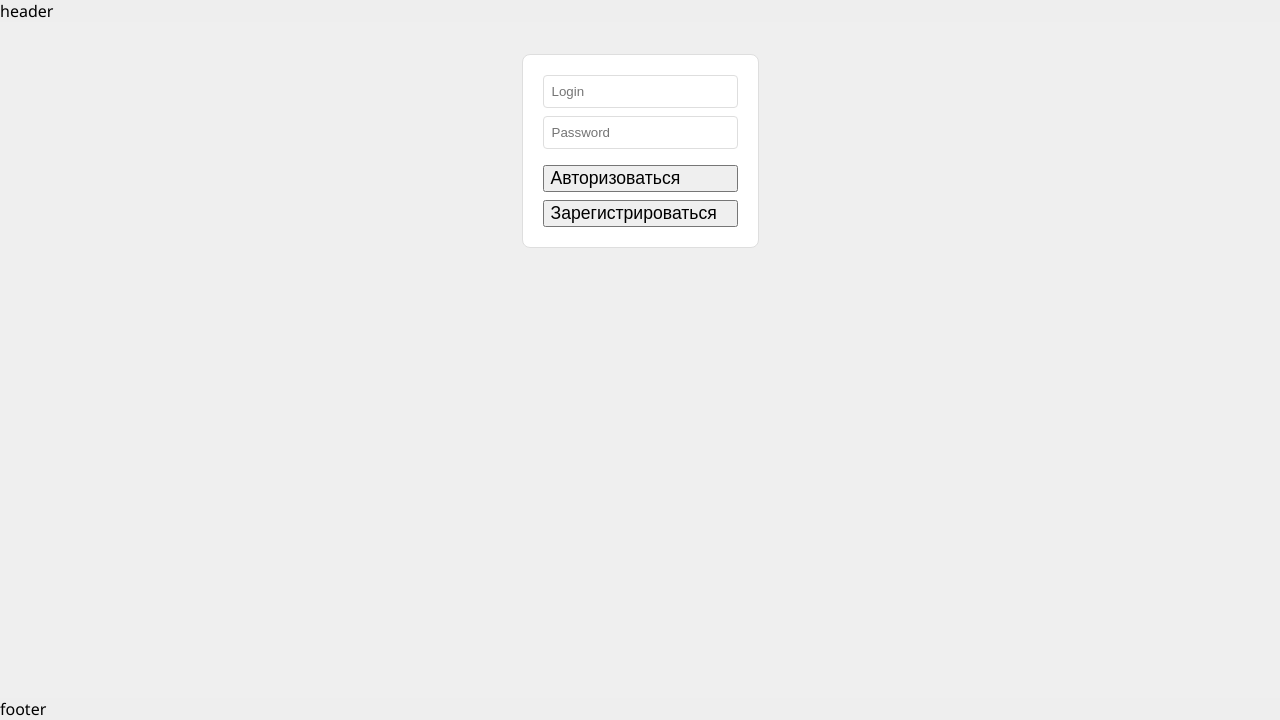
Repository: slep0y/fakeAuth
Page: index.html
These files come from the project's save history. The page is drawn as it stood at one moment and after the next save; the edit follows.
The browser window is 1280 px wide. The pictures show the whole page.
The style sheet was rebuilt from its Sass, Less or Tailwind sources for each picture, by a compiler version that may differ from the author's.

Above is the page before, as saved 2025-01-19 18:11:22.

After the next save:
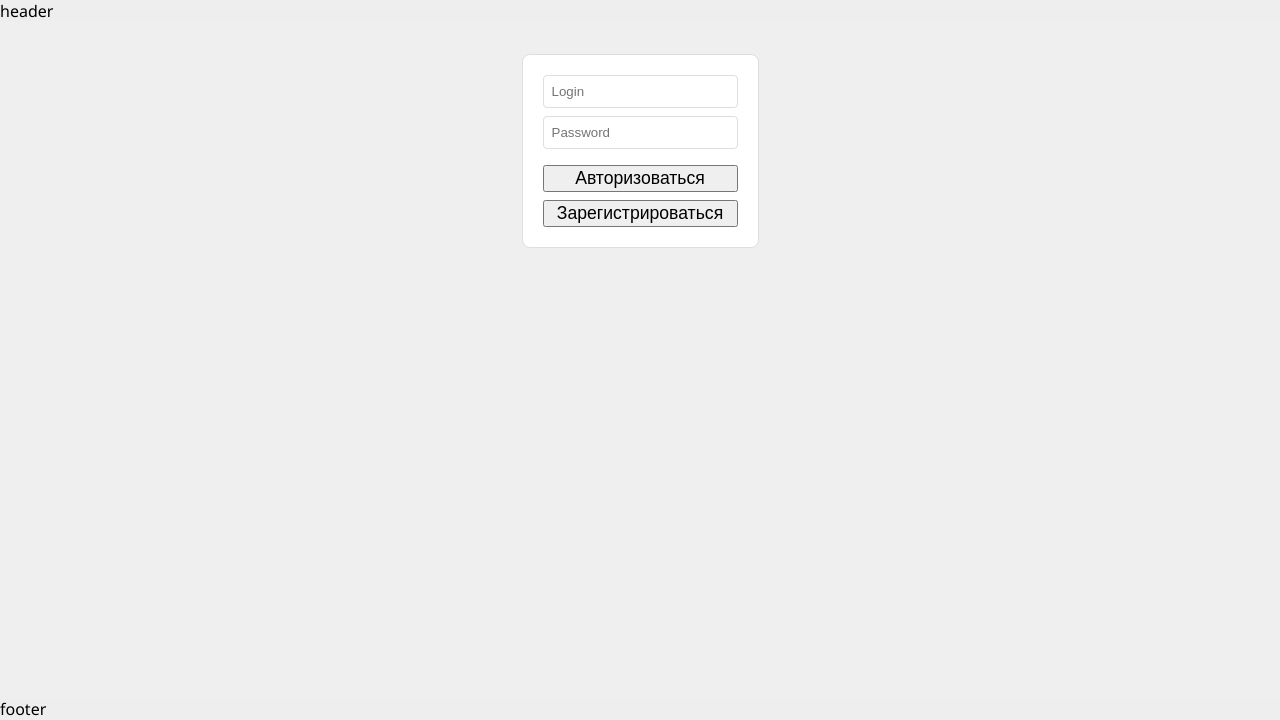
Saved 18 s later.
--- a/styles/blocks/button/_button.scss
+++ b/styles/blocks/button/_button.scss
@@ -1,6 +1,6 @@
 .button{
     display: flex;
-    justify-content: space-between;
+    justify-content: center;
     align-items: center;
     font-size: 1.1rem;
     width: 100%;
